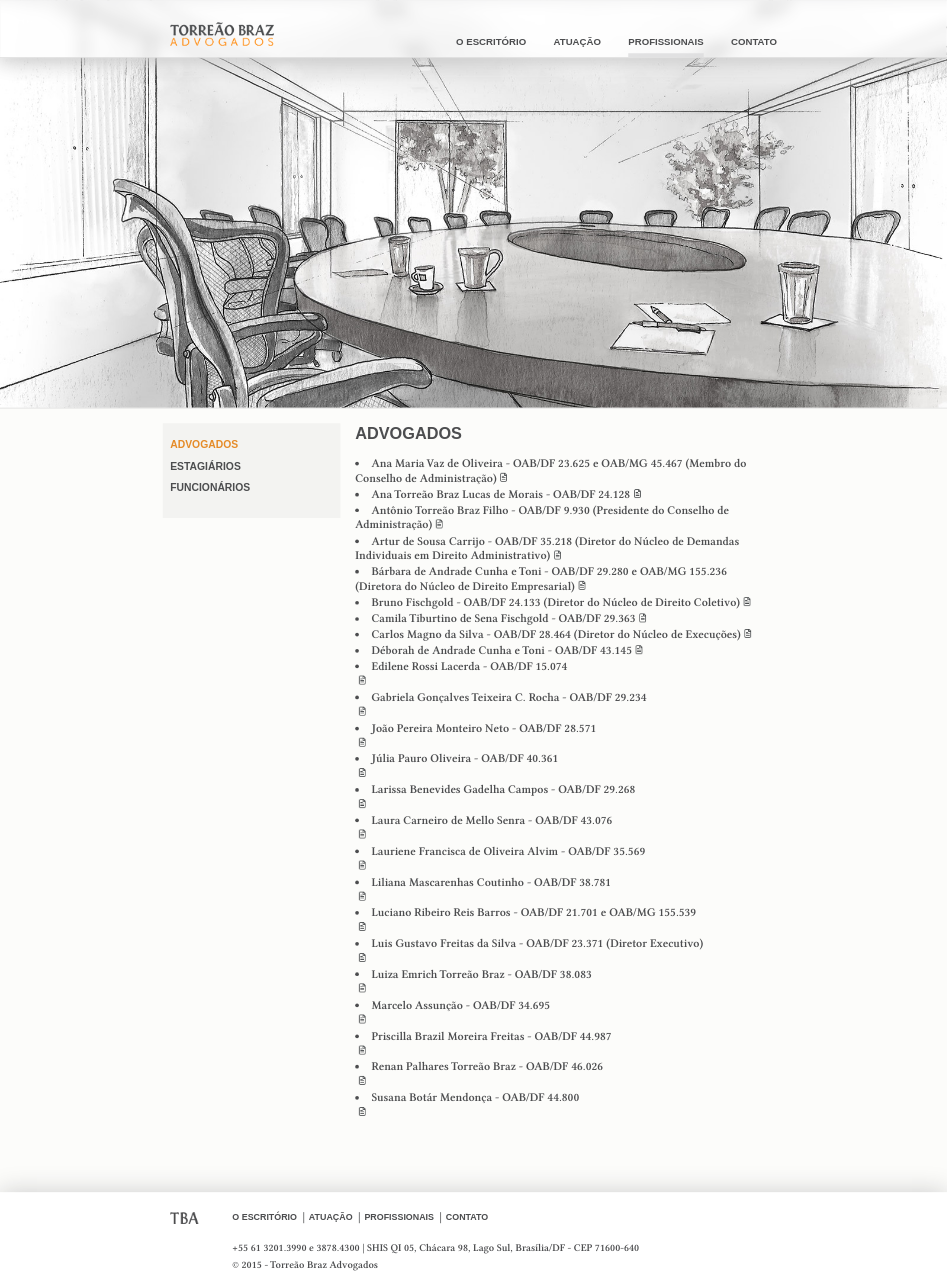
Repository: flira/torreao-braz
Page: dev/profissionais.html
The author's editor kept a record of every edit. The page is drawn from the files as they stood at one moment, then again after the next edit.
The browser window is 1280 px wide. The pictures show the whole page, at 74% of full size.
Some web libraries are served in a nearby version.

Above is the page before.

After the next edit:
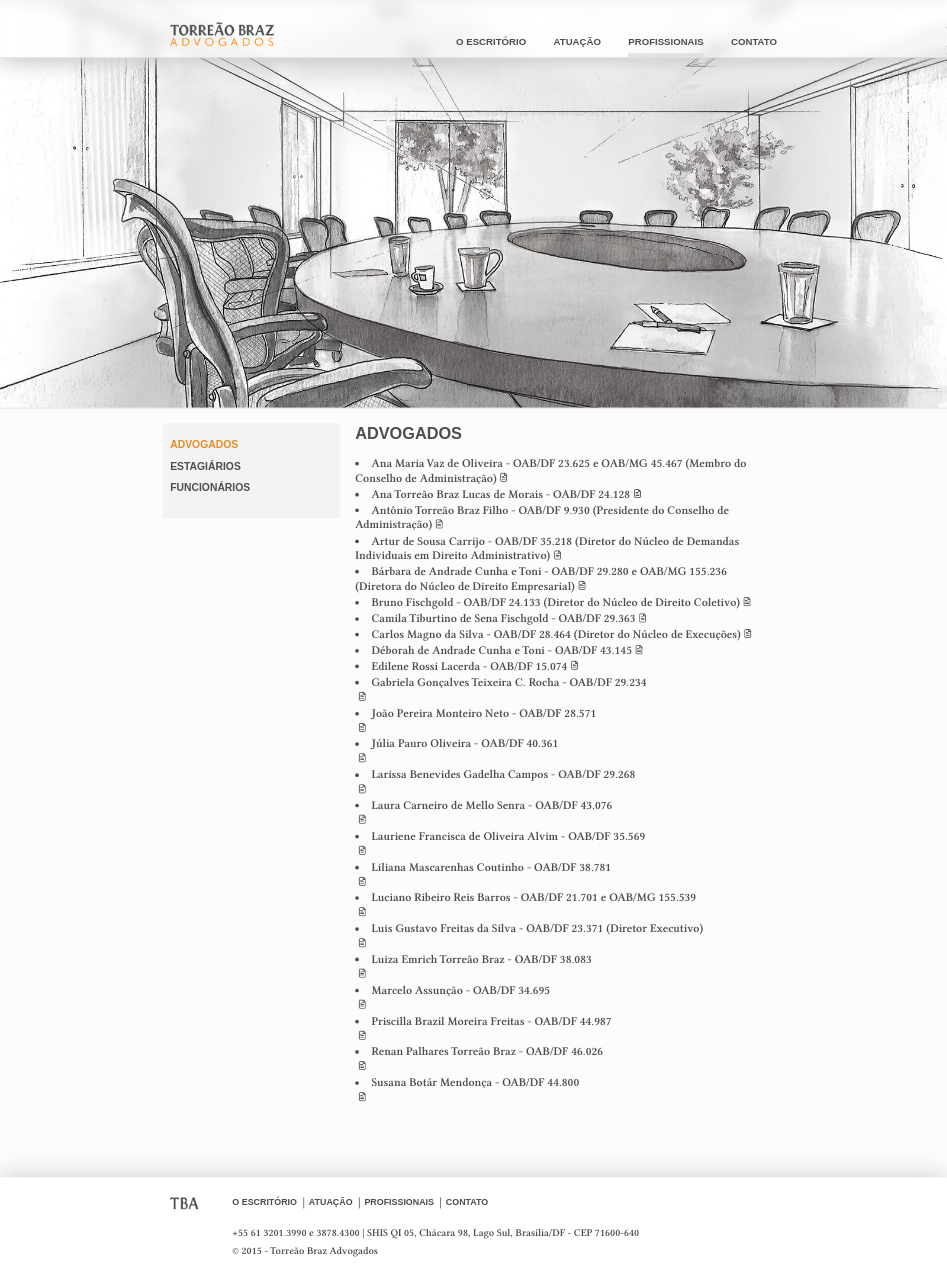
The edit:
--- a/dev/profissionais.html
+++ b/dev/profissionais.html
@@ -180,7 +180,7 @@
                 </div>
             </li>
             <li class="accordion">
-              <span class="cv" id="">Edilene Rossi Lacerda - OAB/DF 15.074</a>
+              <span class="cv" id="">Edilene Rossi Lacerda - OAB/DF 15.074</span>
                 <div>
                   <div class="content">
                     <a href="mailto:edilene@torreaobraz.com.br" class="email">edilene@torreaobraz.com.br</a>
